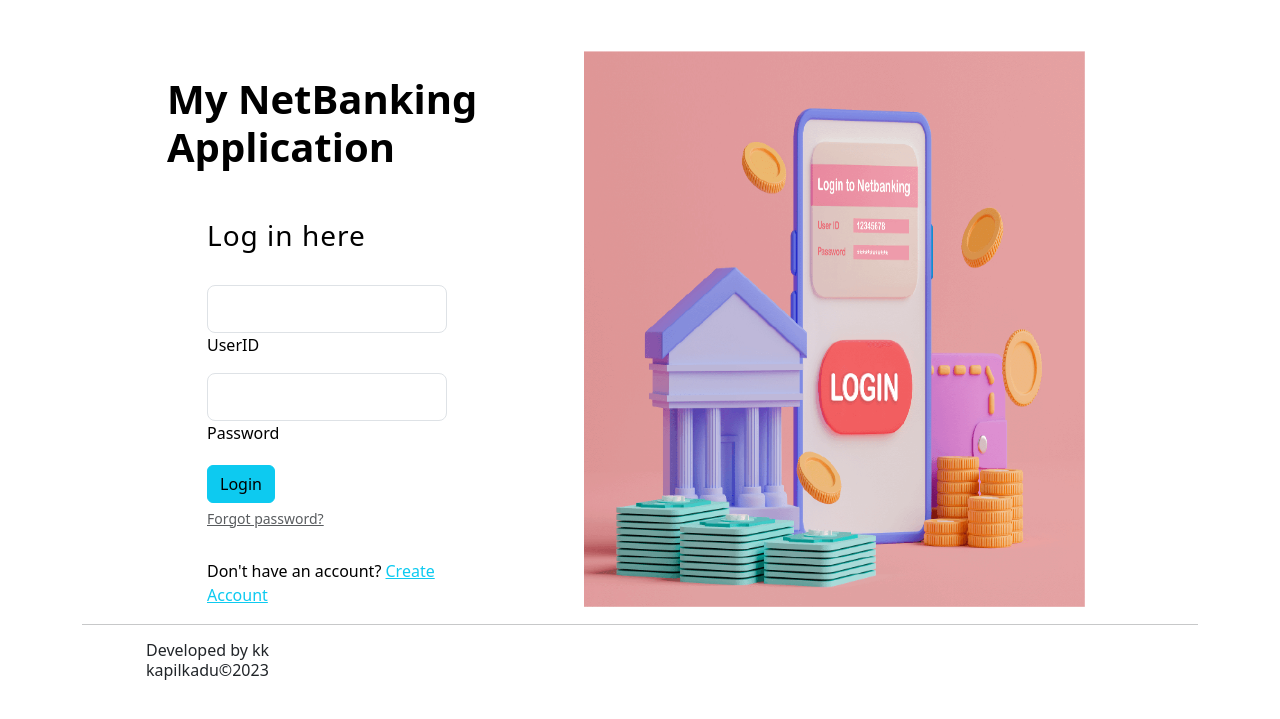
Repository: Kapil-06/My-Java-Projects
Page: http://localhost/MyNetBankingApplication/
The author's editor kept a copy of each file at every save. The page is drawn from the files as they stood at one save, then again after the next save.
The browser window is 1280 px wide. The pictures show the whole page.
The page is served by Tomcat 10.

Above is the page before, as saved 2023-05-17 03:59:30.

After the next save:
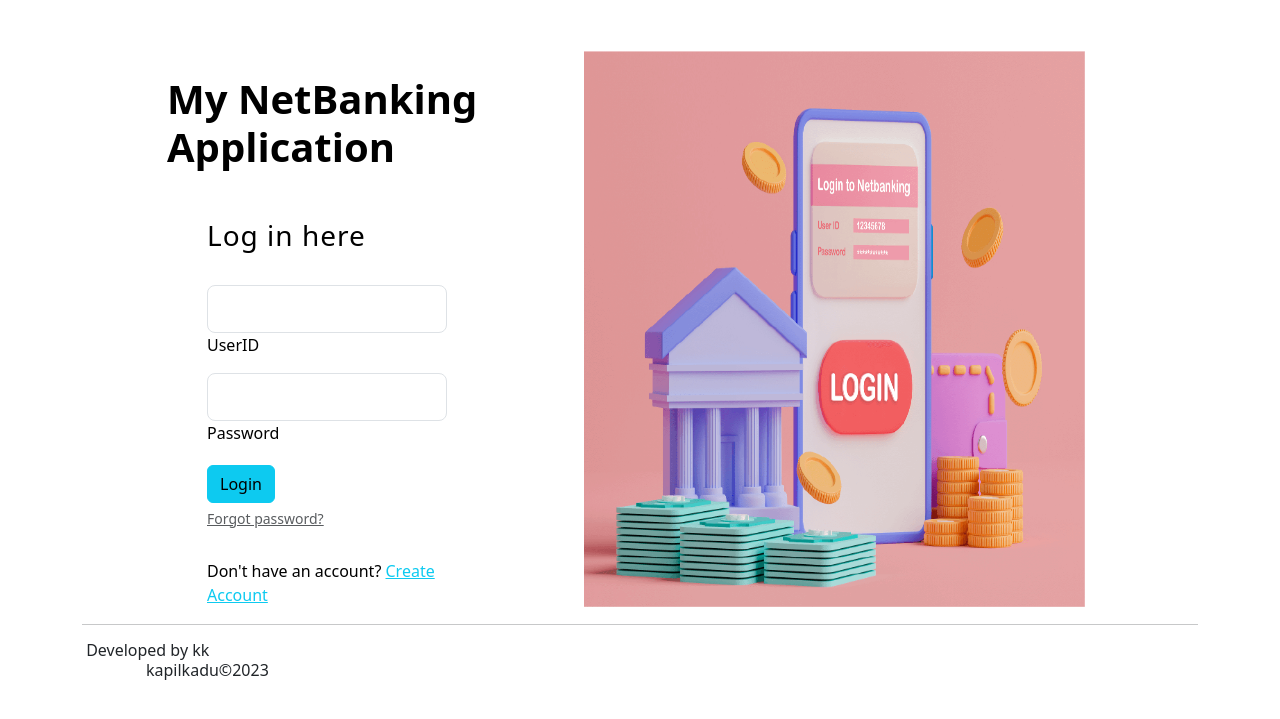
Saved 60 s later.
--- a/MyNetBankingApplication/src/main/webapp/index.jsp
+++ b/MyNetBankingApplication/src/main/webapp/index.jsp
@@ -62,7 +62,7 @@
             </tr>
         </table>
         <hr>
-        <h6 class="display-9">&emsp;&emsp;&emsp;&emsp;Developed by kk
+        <h6 class="display-9">&nbsp;Developed by kk
         <br>&emsp;&emsp;&emsp;&emsp;kapilkadu&copy;2023</h6>
     </div>
 </body>
